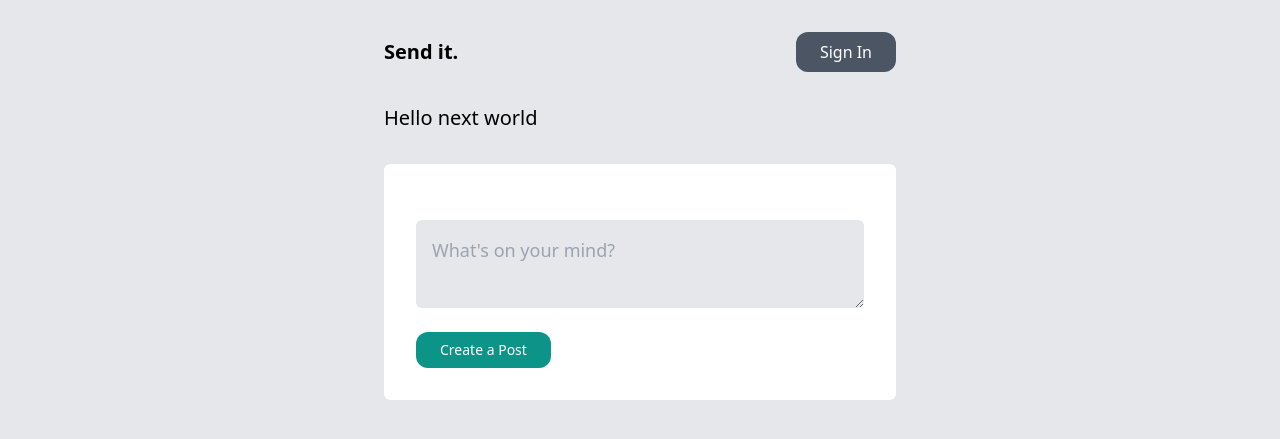
Repository: AMT98/SEND-IT
Page: /
An editor plug-in stored every save of this project. The page is shown before and after the next save, followed by the edit.
The browser window is 1280 px wide. The pictures show the whole page.
The page's requests for data from a server got no answer. The project was rebuilt for these pictures with package versions that can differ from the ones it lists, and the page was loaded fresh each time. The framework's server and built-in components were replaced by stand-ins that run in the browser. No one was signed in, and anything a server would have sent is missing. Also part of the build but not shown: next.config.js, app/auth/Logged.tsx.

Above is the page before, as saved 2023-02-14 17:08:59.

After the next save:
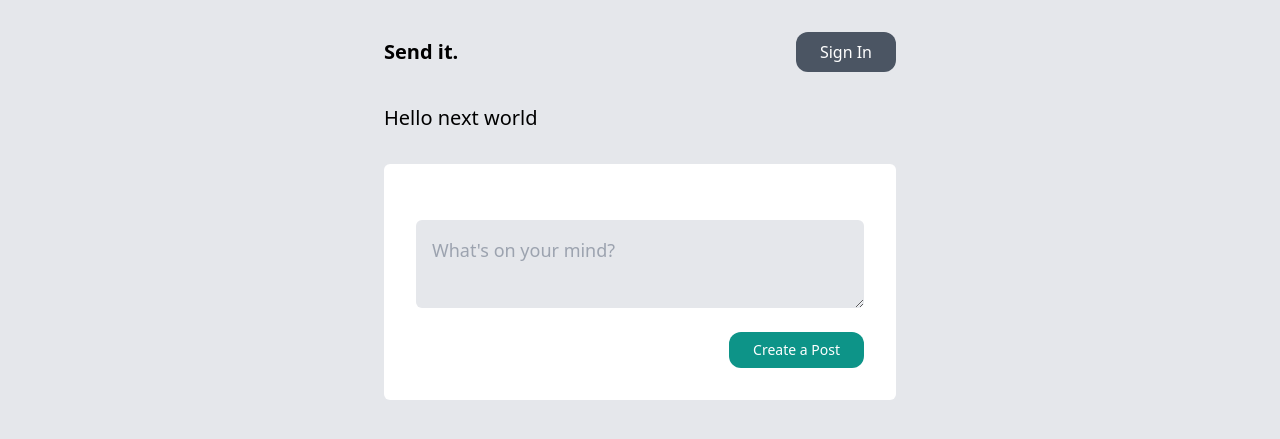
Saved 5 s later.
--- a/app/components/AddPost.tsx
+++ b/app/components/AddPost.tsx
@@ -15,7 +15,8 @@ export default function CreatePost() {
           className="p-4 text-lg rounded-md my-2 bg-gray-200"
         ></textarea>
       </div>
-      <div>
+      <div
+      className="flex items-center justify-between gap-2 ">
         <p className={``}></p>
         <button
           disabled={isDisabled}
